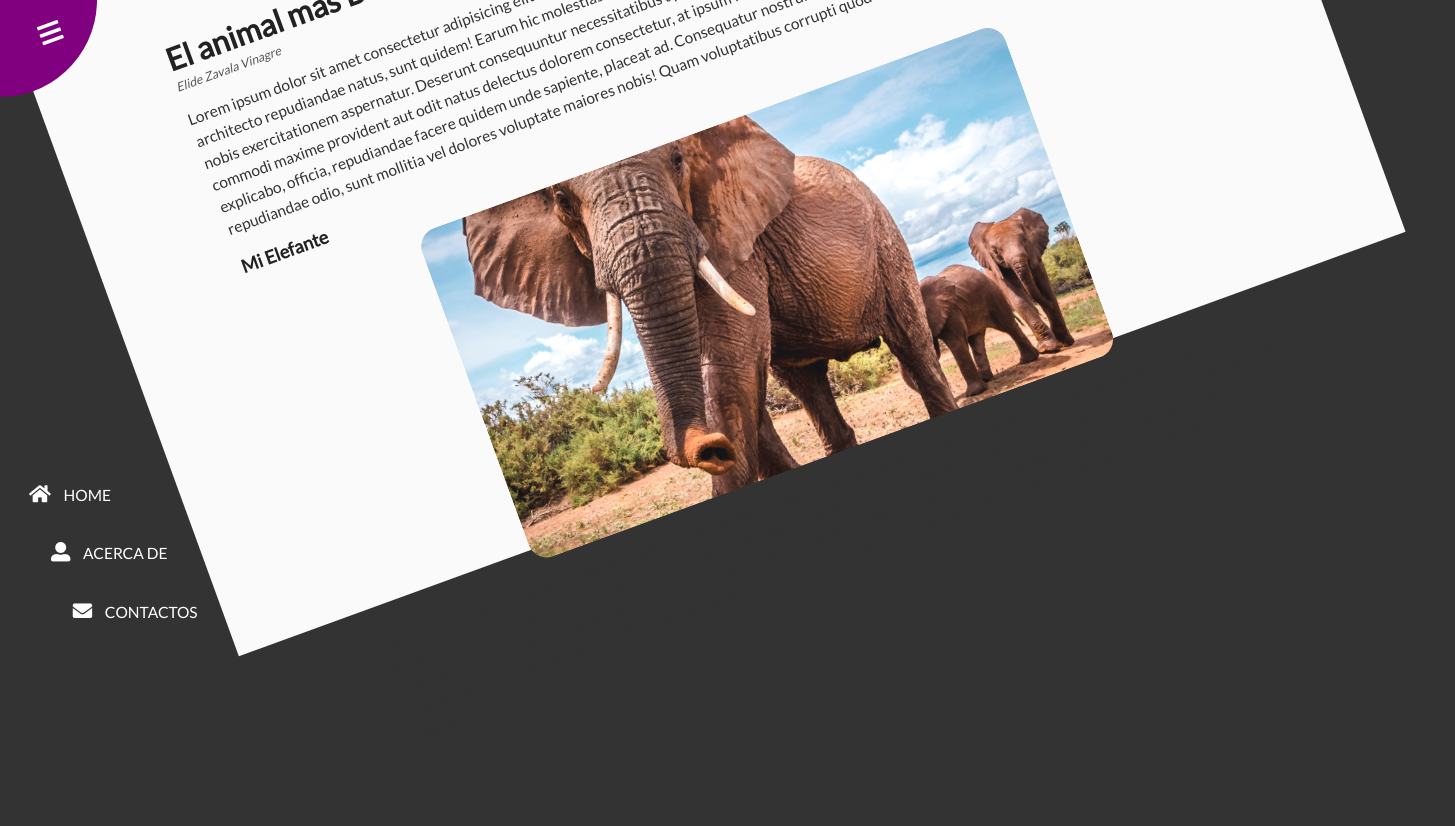
Repository: ElideZavala/Navagacion-en-rotacion
Page: index.html
The author's editor kept a copy of each file at every save. The page is drawn from the files as they stood at one save, then again after the next save.
The browser window is 1280 px wide. The page is 1500 px wide, so the pictures cover 1500 px, including what lies to the right of the window. The pictures show the whole page, at 97% of full size.

Above is the page before, as saved 2021-05-29 10:25:21.

### index.html
<!DOCTYPE html>
<html lang="en">
<head>
	<meta charset="UTF-8">
	<meta http-equiv="X-UA-Compatible" content="IE=edge">
	<meta name="viewport" content="width=device-width, initial-scale=1.0">
	<link rel="stylesheet" href="https://cdnjs.cloudflare.com/ajax/libs/font-awesome/5.15.3/css/all.min.css" integrity="sha512-iBBXm8fW90+nuLcSKlbmrPcLa0OT92xO1BIsZ+ywDWZCvqsWgccV3gFoRBv0z+8dLJgyAHIhR35VZc2oM/gI1w==" crossorigin="anonymous" referrerpolicy="no-referrer" />
	<link rel="stylesheet" href="style.css">
	<link rel="stylesheet" href="normalize.css">
	<title>Navegación Giratoria</title>
</head>
<body>
	<div class="container show-nav">
		<div class="circle-container">
			<div class="circle">
				<button id="close">
					<i class="fas fa-times"></i>
				</button>
				<button id="open">
					<i class="fas fa-bars"></i>
				</button>
			</div>
		</div>

		<div class="content">
			<h1 class="title">El animal mas Bello del planeta Tierra</h1>
			<small>Elide Zavala Vinagre</small>
			<p>Lorem ipsum dolor sit amet consectetur adipisicing elit. Sapiente, numquam assumenda delectus quia aut totam error mollitia dolorem eaque, architecto repudiandae natus, sunt quidem! Earum hic molestias debitis accusamus, facere, reiciendis tempore, amet qui numquam commodi nobis exercitationem aspernatur. Deserunt consequuntur necessitatibus aperiam voluptate veniam reiciendis laudantium odio ullam non rerum commodi maxime provident aut odit natus delectus dolorem consectetur, at ipsum fuga eum eius? Repellat numquam dignissimos error explicabo, officia, repudiandae facere quidem unde sapiente, placeat ad. Consequatur nostrum temporibus culpa repellat, vero optio at repudiandae odio, sunt mollitia vel dolores voluptate maiores nobis! Quam voluptatibus corrupti quod excepturi!</p>

			<h3 class="title">Mi Elefante</h3>
			<img class="img" src="./Elefante.jpg" alt="Elefante">
			<p>Lorem ipsum dolor sit amet, consectetur adipisicing elit. Perferendis repellendus autem cumque sequi in laudantium possimus blanditiis. Quis eos tempore, nisi commodi sit molestiae perferendis laboriosam doloremque dolor delectus consectetur cum perspiciatis adipisci suscipit officia vitae doloribus. Veniam nemo aliquam illo. Eaque recusandae, soluta enim odio numquam ab iure placeat quidem in repellendus nemo odit laboriosam culpa sequi et ratione officia natus praesentium facere iste, cupiditate velit ad? Dicta debitis ipsum sequi recusandae corrupti magnam!</p>
		</div>
	</div>

	<nav>
		<ul>
			<li><i class="fas fa-home"></i> Home</li>
			<li><i class="fas fa-user-alt"></i> Acerca de</li>
			<li><i class="fas fa-envelope"></i> Contactos</li>
		</ul>
	</nav>



	<script src="./script.js"></script>
</body>
</html>

### style.css
@import url('https://fonts.googleapis.com/css?family=Lato&display=swap');

* {
	box-sizing: border-box;
}

body {
	font-family: 'Lato', sans-serif;
	background-color: #333;
	color: #222;
	overflow: hidden;
	margin: 0;
}

.container {
	background-color: #fafafa;
	transform-origin: top left;
	transition: transform 0.5s linear;
	width: 100vw;
	height: 100vh;
	padding: 50px;
}

.container.show-nav {
	transform: rotate(-20deg);
}

.img{
	width: 50vw;
	height: 50vh;
	display: flex;
	border-radius: 20px;
	object-fit: cover;
	margin: auto;
}

.circle-container {
	position: fixed;
	top: -100px;
	left: -100px;
}

.circle {
	background-color: purple;
	height: 200px;
	width: 200px;
	border-radius: 50%;
	position: relative;
	transition: transform 0.5s linear;
}

.circle button {
	cursor: pointer;
	position: absolute;
	top: 50%;
	left: 50%;
	height: 100px;
	background: transparent;
	border: 0;
	font-size: 26px;
	color: #fff;
}

.circle button:focus {
	outline: none;
}

.circle button#open {
	left: 60%;
}

.circle button#close {
	top: 60%;
	transform: rotate(90deg);
	transform-origin: top left;
	cursor: pointer;
}

nav {
	position: fixed;
	bottom: 40px;
	left: 0;
	z-index: 100;
}

nav ul {
	list-style-type: none;
	padding-left: 30px;
}

nav ul li {
	text-transform: uppercase;
	color: #fff;
	margin: 40px 0;
	/* transform: translateX(-100%); */
	transition: transform 0.4s ease-in;
}

nav ul li i {
	font-size: 20px;
	margin-right: 10px;
}

nav ul li + li {
	margin-left: 22.5px;
}

nav ul li + li + li {
	margin-left: 45px;
}

.content {
	max-width: 1000px;
	margin: 50px auto;
}

.content h1 {
	margin: 0;
}

.content small {
	color: #555;
	font-style: italic;
}

.content p {
	color: #333;
	line-height: 1.5;
}

Loaded but not shown: normalize.css (library); script.js (no stored copy; drawn as an empty file)

After the next save:
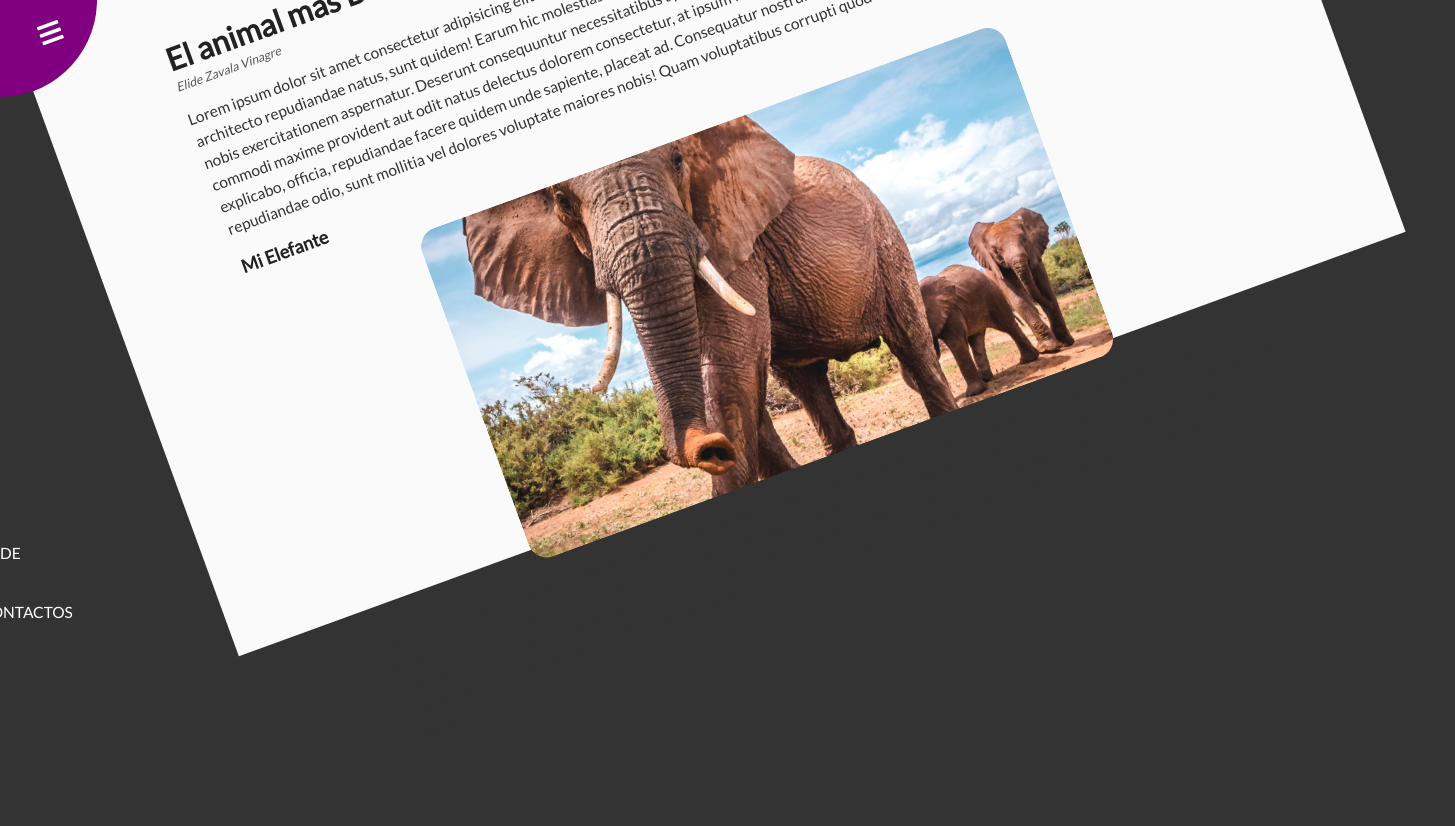
Saved 39 s later.
--- a/style.css
+++ b/style.css
@@ -92,7 +92,7 @@ nav ul li {
 	text-transform: uppercase;
 	color: #fff;
 	margin: 40px 0;
-	/* transform: translateX(-100%); */
+	transform: translateX(-100%);
 	transition: transform 0.4s ease-in;
 }
 
